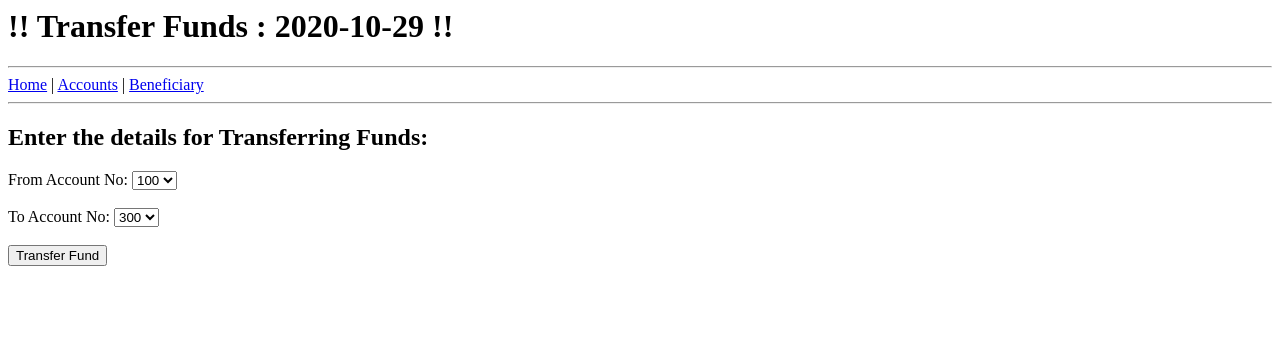
Repository: anik84/ibs
Page: http://localhost/IBS/user_transfer_funds_display_form.jsp
These files come from the project's save history. The page is drawn as it stood at one moment and after the next save; the edit follows.
The browser window is 1280 px wide. The pictures show the whole page.
The page is served by Tomcat 9.

Above is the page before, as saved 2020-10-29 10:34:51.

After the next save:
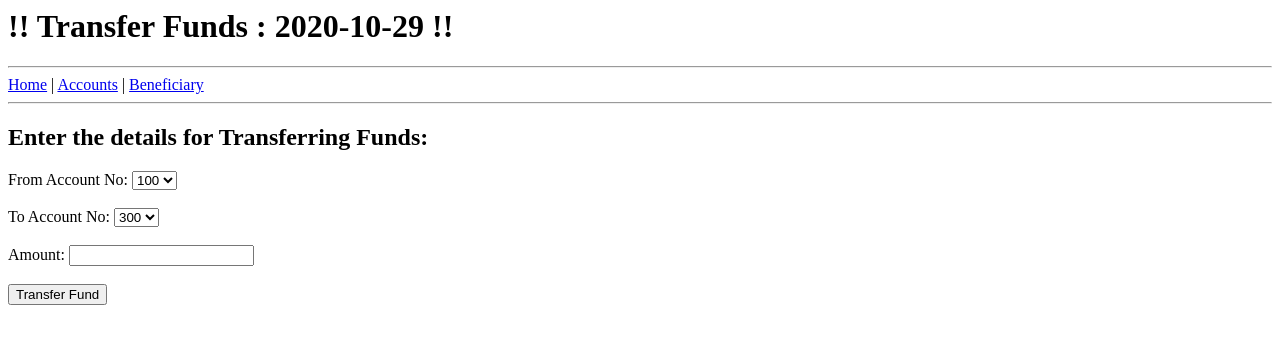
Saved 45 s later.
--- a/IBS_JSPs/IBS/WebContent/user_transfer_funds_display_form.jsp
+++ b/IBS_JSPs/IBS/WebContent/user_transfer_funds_display_form.jsp
@@ -44,6 +44,10 @@
 		 -->
 
 		<div>
+			<label>Amount: </label> <input type="number" name="amount"
+				required />
+		</div><br />
+		<div>
 			<button>Transfer Fund</button>
 		</div>
 	</form>
